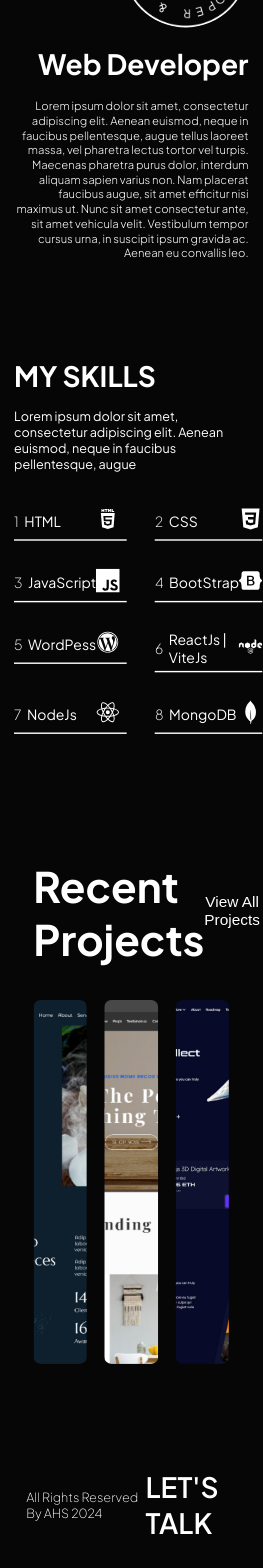
Repository: AliHassan02-Dev/PORTFOLIO
Page: / (app in Front-end/)
These files come from the project's save history. The page is drawn as it stood at one moment and after the next save; the edit follows.
The browser window is 375 px wide. The pictures show the part of the page from y = 1829 to 4069 px (the page is 4069 px tall before and 4061 px after), at 70% of full size.
The project was rebuilt for these pictures with package versions that can differ from the ones it lists, and the page was loaded fresh each time. Also part of the build but not shown: Front-end/vite.config.js, Front-end/src/Pages/Projects.jsx, Front-end/src/Pages/AllProjects.jsx, Front-end/src/Components/ProjectPreview.jsx.

Above is the page before, as saved 2024-08-24 07:45:36.

### Front-end/src/main.jsx
import React from 'react'
import ReactDOM from 'react-dom/client'
import App from './App.jsx'
import './App.css'
import { BrowserRouter, Route, Routes } from 'react-router-dom'
import AllProjects from './Pages/AllProjects.jsx'
import ProjectPreview from './Components/ProjectPreview.jsx'

ReactDOM.createRoot(document.getElementById('root')).render(
  <>
    <BrowserRouter>
      <Routes>
        <Route path='/' element={<App />} />
        <Route path='/Projects' element={<AllProjects />} />
        <Route path='/projects/projectPreview' element={<ProjectPreview />} />
      </Routes>
    </BrowserRouter>
  </>
)

### Front-end/src/App.css
@import url("https://fonts.googleapis.com/css2?family=Plus+Jakarta+Sans:ital,wght@0,200..800;1,200..800&display=swap");
* {
  margin: 0;
  padding: 0;
  box-sizing: border-box;
}

body {
  width: 100%;
  height: 100%;
  background-color: #060606;
  color: white;
  font-family: "Plus Jakarta Sans", sans-serif;
}

.mainWrapper {
  width: 100%;
  height: 100%;
  position: relative;
  overflow: hidden;
}

/* HOME CONTAINER CSS */
.homeContainer {
  width: 100vw;
  height: 1000px;
  display: flex;
  flex-direction: column;
}

/* NAVBAR CSS */
/* MENU CSS */
.menu {
  width: 100%;
  height: 1000px;
  position: fixed;
  background-color: #060606;
  transform: translateY(-100%);
  z-index: 20;
  display: flex;
  justify-content: center;
  align-items: center;
  opacity: 0;
}

.menu .links {
  width: 100%;
  display: flex;
  justify-content: center;
  align-items: center;
  flex-direction: column;
  height: 100%;
  gap: 40px;
}

.menu .links a {
  color: white;
  font-size: 40px;
  font-weight: 400;
  text-decoration: none;
  position: relative;
  padding-bottom: 10px;
}
.menu .links a::before {
  content: "";
  position: absolute;
  width: 0%;
  height: 2px;
  background-color: white;
  bottom: 0;
  left: 50%;
  transform: translateX(-50%);
  transition: all 0.3s ease-out;
}
.menu .links a:hover::before {
  width: 100%;
}

.navBar {
  margin: 30px auto;
  width: 80%;
  display: flex;
  justify-content: space-between;
  align-items: center;
  padding: 0px 20px;
  position: relative;
  /* left: 50%;
  transform: translateX(-50%); */
  z-index: 25;
}

.navBar a {
  text-decoration: none;
  font-size: 25px;
  font-weight: 600;
  color: white;
}

.navBar .menuBtn,
.navBar .menuBtn-active {
  width: 30px;
  height: 30px;
  display: flex;
  justify-content: center;
  align-items: flex-end;
  flex-direction: column;
  overflow: hidden;
  cursor: pointer;
  transition: all 0.3s ease-in-out;
  opacity: 1 !important;
}
.navBar .menuBtn span,
.navBar .menuBtn-active span {
  width: 100%;
  height: 3px;
  background-color: white;
  border-radius: 20px;
  cursor: pointer;
  transition: all 0.3s ease-in-out;
  opacity: 1 !important;
}
.navBar .menuBtn #line1 {
  transform: translateY(-8px);
}
.navBar .menuBtn #line2 {
  width: 70%;
}
.navBar .menuBtn #line3 {
  width: 40%;
  transform: translateY(8px);
}
/* ACTIVE CLASSES */
.navBar .menuBtn-active {
  width: 30px;
  height: 30px;
  transition: all 0.3s ease-in-out;
}

.navBar .menuBtn-active #line1 {
  transform: translateY(5px) rotate(45deg) !important;
}
.navBar .menuBtn-active #line2 {
  width: 70%;
  transform: translateX(150%) !important;
}
.navBar .menuBtn-active #line3 {
  width: 100%;
  transform: translateY(-1px) rotate(-45deg) !important;
}

/* HERO SECTION CSS */
.homeContainer .heroContainer {
  width: 100%;
  height: 100%;
  display: flex;
  flex-direction: column;
  justify-content: center;
  align-items: center;
  position: relative;
}

.homeContainer .heroContainer h2 {
  font-size: 180px;
  font-weight: bold;
  position: absolute;
  text-wrap: nowrap;
}
.homeContainer .heroContainer .nonStroke {
  z-index: 5;
}
.homeContainer .heroContainer .strokeText1,
.homeContainer .heroContainer .strokeText2 {
  -webkit-text-stroke: 2px #fff;
  -webkit-text-fill-color: #060606;
  opacity: 0;
}
.homeContainer .heroContainer .strokeText1 {
  transform: translateY(0%);
}
.homeContainer .heroContainer .strokeText2 {
  transform: translateY(0%);
}

/* HERO SECTION RESPONSIVE CSS */

@media (max-width: 1200px) {
  .homeContainer .heroContainer h2 {
    font-size: 110px;
  }
}

@media (max-width: 968px) {
  .homeContainer .heroContainer h2 {
    font-size: 80px;
  }
}

@media (max-width: 768px) {
  .homeContainer .heroContainer h2 {
    font-size: 70px;
  }
}

@media (max-width: 568px) {
  .homeContainer .heroContainer h2 {
    font-size: 50px;
  }
}

/* HERO SECTION END */

/* ABOUT SECTION CSS */
.mainWrapper .aboutContainer {
  width: 80%;
  height: 1000px;
  display: flex;
  justify-content: center;
  align-items: center;
  margin: auto;
  gap: 30px;
}

.mainWrapper .aboutContainer .left,
.mainWrapper .aboutContainer .right {
  flex: 1;
  display: flex;
  flex-direction: column;
  gap: 25px;
  overflow: hidden;
}

.mainWrapper .aboutContainer .left h2 {
  color: white;
  font-size: 80px;
  font-weight: bold;
}

.mainWrapper .aboutContainer .left p {
  color: white;
  font-size: 22px;
  font-weight: 300;
}

.mainWrapper .aboutContainer .left .imageBox {
  width: 100%;
  height: 350px;
  background-image: url(./assets/2.jpg);
  background-position: center;
  background-repeat: no-repeat;
  background-size: cover;
  transform-origin: top;
}

.mainWrapper .aboutContainer .right {
  align-items: flex-end;
}

.mainWrapper .aboutContainer .right .circleImg {
  width: 300px;
  height: 300px;
  border-radius: 100%;
  background-image: url(./assets/circleText.png);
  background-position: center;
  background-repeat: no-repeat;
  background-size: cover;
}

.mainWrapper .aboutContainer .right h2 {
  color: white;
  font-size: 80px;
  font-weight: bold;
}

.mainWrapper .aboutContainer .right p {
  color: white;
  font-size: 22px;
  font-weight: 300;
  text-align: right;
}

/* ABOUT SECTION RESPONSIVE */

@media (max-width: 1200px) {
  .mainWrapper .aboutContainer {
    width: 90%;
    height: auto;
    margin: 100px auto;
  }

  .mainWrapper .aboutContainer .left h2 {
    font-size: 60px;
  }

  .mainWrapper .aboutContainer .left p {
    font-size: 18px;
  }

  .mainWrapper .aboutContainer .left .imageBox {
    height: 300px;
  }

  .mainWrapper .aboutContainer .right .circleImg {
    width: 210px;
    height: 210px;
  }

  .mainWrapper .aboutContainer .right h2 {
    font-size: 60px;
  }

  .mainWrapper .aboutContainer .right p {
    font-size: 18px;
  }
}

@media (max-width: 768px) {
  .mainWrapper .aboutContainer {
    width: 100%;
    height: 100%;
    display: flex;
    flex-direction: column;
    justify-content: center;
    align-items: center;
    margin: 100px auto;
    padding: 20px 30px;
  }

  .mainWrapper .aboutContainer .left h2 {
    font-size: 60px;
  }

  .mainWrapper .aboutContainer .left p {
    font-size: 18px;
  }

  .mainWrapper .aboutContainer .left .imageBox {
    height: 300px;
  }

  .mainWrapper .aboutContainer .right .circleImg {
    width: 210px;
    height: 210px;
  }

  .mainWrapper .aboutContainer .right h2 {
    font-size: 60px;
  }

  .mainWrapper .aboutContainer .right p {
    font-size: 18px;
  }
}

@media (max-width: 568px) {
  .mainWrapper .aboutContainer {
    padding: 20px;
  }

  .mainWrapper .aboutContainer .left h2 {
    font-size: 40px;
  }

  .mainWrapper .aboutContainer .left p {
    font-size: 16px;
  }

  .mainWrapper .aboutContainer .left .imageBox {
    height: 240px;
  }

  .mainWrapper .aboutContainer .right .circleImg {
    width: 180px;
    height: 180px;
  }

  .mainWrapper .aboutContainer .right h2 {
    font-size: 40px;
  }

  .mainWrapper .aboutContainer .right p {
    font-size: 16px;
  }
}

/* ABOUT SECTION CSS END */

/* SKILLS SECTION CSS */
.mainWrapper .skillsContainer {
  width: 80%;
  height: 1000px;
  display: flex;
  justify-content: center;
  flex-direction: column;
  margin: auto;
  gap: 30px;
  overflow: hidden;
}

.mainWrapper .skillsContainer .top {
  width: 100%;
  display: flex;
  justify-content: space-between;
  align-items: center;
}

.mainWrapper .skillsContainer .top .left,
.mainWrapper .skillsContainer .top .right {
  flex: 1;
}

.mainWrapper .skillsContainer .top .left h2 {
  font-size: 80px;
  font-weight: bold;
  color: white;
}
.mainWrapper .skillsContainer .top .right p {
  font-size: 22px;
}

.mainWrapper .skillsContainer .bottom {
  width: 100%;
  display: flex;
  justify-content: space-between;
  align-items: flex-start;
  margin: 20px 0px;
}

.mainWrapper .skillsContainer .bottom {
  width: 100%;
  height: 100%;
  display: grid;
  grid-template-columns: 1fr 1fr;
  grid-template-rows: auto auto auto auto;
  gap: 0px 60px;
}
.mainWrapper .skillsContainer .bottom .skillBar {
  width: 100%;
  display: flex;
  justify-content: space-between;
  align-items: center;
  padding-bottom: 10px;
  position: relative;
  cursor: pointer;
}
.mainWrapper .skillsContainer .bottom .skillBar .left {
  display: flex;
  align-items: center;
  gap: 20px;
}

.mainWrapper .skillsContainer .bottom .skillBar .left p {
  color: white;
  font-size: 30px;
  font-weight: 200;
}
.mainWrapper .skillsContainer .bottom .skillBar .left h2 {
  color: white;
  font-size: 30px;
  font-weight: 400;
}

.mainWrapper .skillsContainer .bottom .skillBar .right .skillLogo {
  font-size: 50px;
  color: white;
  margin-right: 10px;
}

/* SKILLS SECTION CSS RESPONSIVE */

@media (max-width: 1200px) {
  .mainWrapper .skillsContainer {
    width: 90%;
    height: 100%;
    margin: 100px auto;
  }

  .mainWrapper .skillsContainer .top .left h2 {
    font-size: 60px;
    font-weight: bold;
    color: white;
  }
  .mainWrapper .skillsContainer .top .right p {
    font-size: 18px;
  }

  .mainWrapper .skillsContainer .bottom {
    gap: 40px 60px;
  }

  .mainWrapper .skillsContainer .bottom .skillBar .left {
    gap: 8px;
  }

  .mainWrapper .skillsContainer .bottom .skillBar .left p {
    font-size: 24px;
  }

  .mainWrapper .skillsContainer .bottom .skillBar .left h2 {
    font-size: 24px;
  }

  .mainWrapper .skillsContainer .bottom .skillBar .right .skillLogo {
    font-size: 40px;
  }
}

@media (max-width: 768px) {
  .mainWrapper .skillsContainer {
    width: 100%;
    height: 100%;
    display: flex;
    flex-direction: column;
    justify-content: center;
    flex-direction: column;
    margin: 100px auto;
    gap: 30px;
    padding: 20px 30px;
  }

  .mainWrapper .skillsContainer .top {
    width: 100%;
    display: flex;
    flex-direction: column;
    justify-content: flex-start;
    align-items: flex-start;
    gap: 20px;
  }

  .mainWrapper .skillsContainer .top .left h2 {
    font-size: 40px;
    font-weight: bold;
    color: white;
  }
  .mainWrapper .skillsContainer .top .right p {
    font-size: 18px;
  }

  .mainWrapper .skillsContainer .bottom {
    gap: 40px;
  }

  .mainWrapper .skillsContainer .bottom .skillBar .left p {
    font-size: 20px;
  }

  .mainWrapper .skillsContainer .bottom .skillBar .left h2 {
    font-size: 20px;
  }

  .mainWrapper .skillsContainer .bottom .skillBar .right .skillLogo {
    font-size: 34px;
  }
}

@media (max-width: 568px) {
  .mainWrapper .skillsContainer {
    width: 100%;
    height: 100%;
    margin: 100px auto;
    padding: 20px;
  }

  .mainWrapper .skillsContainer .top {
    width: 100%;
    display: flex;
    flex-direction: column;
    justify-content: flex-start;
    align-items: flex-start;
    gap: 20px;
  }

  .mainWrapper .skillsContainer .top .left h2 {
    font-size: 40px;
    font-weight: bold;
    color: white;
  }
  .mainWrapper .skillsContainer .top .right p {
    font-size: 18px;
  }

  .mainWrapper .skillsContainer .bottom {
    gap: 40px;
  }

  .mainWrapper .skillsContainer .bottom .skillBar .left p {
    font-size: 20px;
  }

  .mainWrapper .skillsContainer .bottom .skillBar .left h2 {
    font-size: 20px;
  }

  .mainWrapper .skillsContainer .bottom .skillBar .right .skillLogo {
    font-size: 34px;
  }
}

/* SKILLS SECTION CSS END */

/* PROJECTS SECTION CSS */
.mainWrapper .projectContainer {
  width: 80%;
  height: 1000px;
  display: flex;
  justify-content: center;
  flex-direction: column;
  margin: auto;
  gap: 30px;
}

.mainWrapper .projectContainer .top {
  width: 100%;
  display: flex;
  justify-content: space-between;
  align-items: center;
}

.mainWrapper .projectContainer .top .left,
.mainWrapper .projectContainer .top .right {
  flex: 1;
}

.mainWrapper .projectContainer .top .left h2 {
  font-size: 80px;
  font-weight: bold;
  color: white;
}
.mainWrapper .projectContainer .top .right p {
  font-size: 22px;
}

.mainWrapper .projectContainer .bottom {
  width: 100%;
  display: flex;
  margin-top: 50px;
}

.mainWrapper .projectContainer .bottom {
  display: flex;
  flex-direction: column;
  overflow: hidden;
  gap: 100px;
}

.mainWrapper .projectContainer .bottom .projectBar {
  display: flex;
  justify-content: space-between;
  align-items: center;
  padding-bottom: 5px;
  position: relative;
  cursor: pointer;
  cursor: pointer;
}
.line {
  width: 100%;
  height: 2px;
  background-color: white;
  position: absolute;
  bottom: 0;
  left: 0;
}
.projectLine {
  width: 100%;
  height: 2px;
  background-color: white;
  position: absolute;
  bottom: 0;
  left: 0;
}
.mainWrapper .projectContainer .bottom .projectBar .left {
  display: flex;
  align-items: center;
  gap: 20px;
}

.mainWrapper .projectContainer .bottom .projectBar .left p {
  color: white;
  font-size: 30px;
  font-weight: 200;
}
.mainWrapper .projectContainer .bottom .projectBar .left h2 {
  color: white;
  font-size: 30px;
  font-weight: 400;
}

.mainWrapper .projectContainer .bottom .projectBar .right .arrow {
  font-size: 30px;
  color: white;
  margin-right: 10px;
  transform: rotate(-40deg);
}

/* HORIZONTAL SCROLING CSS */

.aboutSection,
.skillsSection,
.projectSection {
  width: 100vw;
  height: 1000px;
}

.aboutSection {
  background-color: burlywood;
}

.skillsSection {
  background-color: peru;
}

.projectSection {
  background-color: palegoldenrod;
}

.horizontalScrolling {
  display: flex;
  flex-wrap: nowrap;
}

/* .containers {
  position: absolute;
  top: 0 !important;
  left: 50% !important;
  transform: translateX(100%) !important;
} */

/* RIBBONS SECTION CSS */
.mainWrapper .ribbonContainer {
  width: 100%;
  display: flex;
  align-items: center;
  margin: 50px 0px;
}

.mainWrapper .ribbonContainer p {
  color: white;
  font-size: 80px;
  font-weight: bold;
  text-wrap: nowrap;
}
.mainWrapper .ribbonContainer span {
  -webkit-text-stroke: 1px #fff;
  -webkit-text-fill-color: #060606;
}

/* FOOTER SECTION CSS */
.footer {
  width: 100%;
  display: flex;
  justify-content: space-between;
  align-items: center;
  width: 80%;
  margin: 40px auto;
}

.footer .left {
  display: flex;
  flex-direction: column;
  gap: 20px;
}

.footer .left .socialLinks {
  display: flex;
  align-items: center;
  gap: 20px;
}
.footer .left .socialLinks a {
  font-size: 20px;
  font-weight: 400;
  color: white;
  text-decoration: none;
}
.footer .left p {
  color: white;
  font-size: 18px;
  font-weight: 200;
}

.footer .right h2 {
  font-size: 40px;
  font-weight: 600;
  color: white;
  cursor: pointer;
}

/* ALL PROJECTS PAGE CSS */
.projectsContainer {
  width: 80%;
  height: 100%;
  margin: auto;
  padding: 40px 10px;
}

.projectsContainer .topBar {
  width: 100%;
  display: flex;
  justify-content: space-between;
  align-items: center;
}

.projectsContainer .topBar .left h2 {
  font-size: 60px;
  font-weight: bold;
  color: white;
}

.projectsContainer .topBar .right button {
  background: none;
  border: none;
  outline: none;
  position: relative;
  overflow: hidden;
}

.projectsContainer .topBar .right button a {
  color: white;
  font-size: 22px;
  font-weight: 400;
  text-decoration: none;
  position: relative;
  display: block;
  padding-bottom: 5px;
  transition: 0.3s transform linear;
}
.projectsContainer .topBar .right button a::before {
  content: "";
  position: absolute;
  width: 100%;
  height: 2px;
  background-color: white;
  bottom: 0%;
  transform: translateX(200%);
  display: block;
  transition: 0.3s transform linear;
}
.projectsContainer .topBar .right button:hover a::before {
  transform: translateX(0%);
  transition: 0.3s transform linear;
}

.projectsContainer .hdg {
  font-size: 60px;
  font-weight: bold;
  color: white;
}

.projectsContainer .projectsWrapper {
  width: 100%;
  height: 100%;
  display: grid;
  grid-template-columns: 1fr 1fr 1fr;
  gap: 25px;
  margin: 50px 0px;
}

.projectsContainer .projectsWrapper .projectBox {
  width: 100%;
  max-width: 520px;
  height: 520px;
  margin-bottom: 20px;
}

.projectsContainer .projectsWrapper .projectBox .thumbnail {
  width: 100%;
  height: 100%;
  position: relative;
  overflow: hidden;
}

.projectsContainer .projectsWrapper .projectBox .thumbnail img {
  width: 100%;
  height: 100%;
  object-fit: cover;
  border-radius: 10px;
}

.projectsContainer .projectsWrapper .projectBox .thumbnail .overlay {
  width: 100%;
  height: 100%;
  display: flex;
  justify-content: center;
  align-items: center;
  gap: 40px;
  background-color: rgba(0, 0, 0, 0.6);
  position: absolute;
  top: -100%;
  transition: all 0.3s ease-in-out;
  border-radius: 10px;
}
.projectsContainer .projectsWrapper .projectBox .thumbnail:hover .overlay {
  top: 0;
}

.projectsContainer .projectsWrapper .projectBox .thumbnail .overlay .iconBox {
  display: flex;
  justify-content: center;
  align-items: center;
  padding: 15px;
  border-radius: 100%;
  cursor: pointer;
  transition: all 0.3s ease-in-out;
}
.projectsContainer
  .projectsWrapper
  .projectBox
  .thumbnail
  .overlay
  .iconBox:hover {
  background-color: rgba(255, 255, 255, 0.25);
  backdrop-filter: blur(20px);
}

.projectsContainer .projectsWrapper .projectBox .thumbnail .overlay .linkIcon {
  font-size: 25px;
  color: white;
}

/* PROJECT DETAILS CSS */
.projectDetails {
  width: 80%;
  height: 100%;
  display: flex;
  justify-content: space-between;
  margin: 40px auto;
  gap: 40px;
}

.projectDetails .left {
  flex: 2;
}

.projectDetails .left img {
  width: 100%;
}

.projectDetails .right {
  flex: 1;
  display: flex;
  flex-direction: column;
  gap: 40px;
  margin: 20px 0px;
}

.projectDetails .right .projectContent {
  width: 100%;
  padding: 20px;
  display: flex;
  flex-direction: column;
  gap: 20px;
  border-bottom: 1px solid rgba(255, 255, 255, 0.45);
}

.projectDetails .right .projectContent h2 {
  color: white;
  font-size: 25px;
  font-weight: 600;
}

.projectDetails .right .projectContent p {
  color: white;
  font-size: 20px;
  font-weight: 400;
}

.projectDetails .right .projectTechnology {
  border-bottom: 1px solid rgba(255, 255, 255, 0.45);
  width: 100%;
  padding: 20px;
  display: flex;
  justify-content: center;
  flex-direction: column;
  gap: 20px;
}

.projectDetails .right .projectTechnology h2 {
  color: white;
  font-size: 24px;
  font-weight: 600;
}

.projectDetails .right .projectTechnology .icons {
  display: flex;
  align-items: center;
  gap: 40px;
  flex-wrap: wrap;
}

.projectDetails .right .projectTechnology .techName {
  color: white;
  font-size: 60px;
  cursor: pointer;
  padding: 8px;
  transition: 0.3s ease-in-out;
}

.techName {
  color: white;
  font-size: 40px;
  cursor: pointer;
  padding: 8px;
  transition: 0.3s ease-in-out;
}

/* SKILL LOGOS COLOR */
.projectDetails .right .projectTechnology .techName:hover.html {
  background-color: #f16529;
  padding: 8px;
  border-radius: 5px;
}
.projectDetails .right .projectTechnology .techName:hover.css {
  background-color: #264de4;
  padding: 8px;
  border-radius: 5px;
}
.projectDetails .right .projectTechnology .techName:hover.js {
  color: #f7e018 !important;
  padding: 8px;
}
.projectDetails .right .projectTechnology .techName:hover.react {
  background-color: #61dbfb;
  padding: 8px;
  border-radius: 5px;
}
.projectDetails .right .projectTechnology .techName:hover.wordpress {
  background-color: #21759b;
  padding: 8px;
  border-radius: 5px;
}
.projectDetails .right .projectTechnology .techName:hover.node,
.projectDetails .right .projectTechnology .techName:hover.mongodb {
  background-color: #539e43;
  padding: 8px;
  border-radius: 5px;
}
.projectDetails .right .projectTechnology .techName:hover.vite {
  background: linear-gradient(
    90deg,
    rgba(88, 194, 254, 1) 0%,
    rgba(175, 83, 255, 1) 100%
  );
  padding: 8px;
  border-radius: 5px;
}

.techName:hover.figma {
  background: linear-gradient(
    180deg,
    rgba(242, 78, 30, 1) 0%,
    rgba(255, 114, 98, 1) 25%,
    rgba(162, 89, 255, 1) 50%,
    rgba(26, 188, 254, 1) 75%,
    rgba(10, 207, 131, 1) 100%
  );
  padding: 8px;
  border-radius: 5px;
}
.techName:hover.website {
  background: gray;
  padding: 8px;
  border-radius: 5px;
}

.projectDetails .right .links {
  border-bottom: 1px solid rgba(255, 255, 255, 0.45);
  width: 100%;
  padding: 20px;
  display: flex;
  flex-direction: column;
  justify-content: center;
  gap: 20px;
}

.projectDetails .right .links h2 {
  color: white;
  font-size: 24px;
  font-weight: 600;
}

.projectDetails .right .links .icons {
  display: flex;
  align-items: center;
  flex-direction: row;
  gap: 20px;
}

.projectDetails .right .links .linkIcon {
  color: white;
  font-size: 50px;
  padding: 10px;
  border-radius: 100%;
  cursor: pointer;
  transition: 0.3s ease-in-out;
}
.projectDetails .right .links .linkIcon:hover {
  background-color: rgba(255, 255, 255, 0.25);
  backdrop-filter: blur(20px);
}

### Front-end/src/Pages/Home.jsx
import React from 'react'
import { useGSAP } from '@gsap/react';
import gsap from 'gsap';
import { ScrollTrigger } from 'gsap/ScrollTrigger';
import Navbar from '../Components/Navbar';
gsap.registerPlugin(ScrollTrigger);

const Home = () => {

    // useGSAP(() => {
    //     // HOME SECTION ANIMATIONS

    //     let tlHome = gsap.timeline({
    //         scrollTrigger: {
    //             trigger: '.homeContainer',
    //             scoller: 'body',
    //             markers: true,
    //             start: 'top 0%',
    //             end: 'top -100%',
    //             scrub: 1,
    //             pin: true,
    //         }
    //     })

    //     tlHome.from('.homeContainer .heroContainer .nonStroke', {
    //         opacity: 0,
    //         duration: 1,
    //     })
    //     tlHome.to('.homeContainer .heroContainer .strokeText1', {
    //         transform: 'translateY(-80%)',
    //         opacity: 1,
    //         duration: 1,
    //     })
    //     tlHome.to('.homeContainer .heroContainer .strokeText2', {
    //         transform: 'translateY(80%)',
    //         opacity: 1,
    //         duration: 1,
    //     })
    // })

    return (
        <div className='homeContainer'>
            {/* <Navbar /> */}
            <div className="heroContainer">
                <h2 className='strokeText1'>WEB DEVELOPER</h2>
                <h2 className='nonStroke'>ALI HASSAN</h2>
                <h2 className='strokeText2'>WEB DESIGNER</h2>
            </div>
        </div>
    )
}

export default Home

### Front-end/src/Components/Footer.jsx
import React from "react";

const Footer = () => {
  return (
    <div className="footer">
      <div className="left">
        <p>All Rights Reserved By AHS 2024</p>
      </div>
      <div className="right">
        <h2>LET'S TALK</h2>
      </div>
    </div>
  );
};

export default Footer;

### Front-end/src/Components/Navbar.jsx
import React, { useEffect, useState } from 'react'
import { useGSAP } from '@gsap/react';
import gsap from 'gsap';
import { ScrollTrigger } from 'gsap/ScrollTrigger';
gsap.registerPlugin(ScrollTrigger)

const Navbar = ({ setClickedOnOpen, clickedOnOpen }) => {

    const handleClick = () => {
        setClickedOnOpen(!clickedOnOpen)
    }
    // useGSAP(() => {
    //     gsap.from('.navBar a', {
    //         transform: 'translateY(-10px)',
    //         opacity: 0,
    //         duration: 0.5,
    //         delay: 0.5
    //     })
    //     gsap.from('.navBar .menuBtn, .navBar .menuBtn-active', {
    //         transform: 'translateY(-10px)',
    //         opacity: 0,
    //         duration: 0.5,
    //         delay: 0.8
    //     })
    //     gsap.from('.navBar .menuBtn span, .navBar .menuBtn-active span', {
    //         transform: 'translateX(200px)',
    //         opacity: 0,
    //         duration: 0.5,
    //         delay: 1,
    //         stagger: 0.3
    //     })
    // })
    return (
        <div className='navBar'>
            {/* <div className="left"> */}
            <a href="">PORTFOLIO</a>
            {/* </div> */}
            {/* <div className="right"> */}
            <div className={`${clickedOnOpen ? 'menuBtn-active' : 'menuBtn'}`} onClick={handleClick}>
                <span id='line1'></span>
                <span id='line2'></span>
                <span id='line3'></span>
                {/* </div> */}
            </div>
        </div>
    )
}

export default Navbar

### Front-end/src/Components/ProjectsBox.jsx
import React from "react";
import { GoLink } from "react-icons/go";
import { FaArrowUpRightFromSquare } from "react-icons/fa6";
import { projectsData } from "../data";
import { Link, useNavigate } from "react-router-dom";

const ProjectsBox = () => {
  const navigate = useNavigate();

  return (
    <div className="projectsWrapper">
      {projectsData?.map((projects) => {
        return (
          <div className="projectBox">
            <div className="thumbnail">
              <img src={projects?.thumbnail} alt="" />
              <div className="overlay">
                <div className="iconBox">
                  <Link target={"_blank"} to={projects?.websiteLink}>
                    <GoLink className="linkIcon" />
                  </Link>
                </div>
                <div
                  className="iconBox"
                  onClick={() =>
                    navigate("/projects/projectPreview", { state: projects })
                  }
                >
                  <FaArrowUpRightFromSquare className="linkIcon" />
                </div>
              </div>
            </div>
          </div>
        );
      })}
    </div>
  );
};
export default ProjectsBox;

Loaded but not shown: Front-end/index.html (common file); Front-end/src/data.js (59 lines, source omitted); Front-end/src/Pages/Skills.jsx (169 lines, source omitted); Front-end/src/Pages/About.jsx (80 lines, source omitted); Front-end/src/App.jsx (87 lines, source omitted)

After the next save:
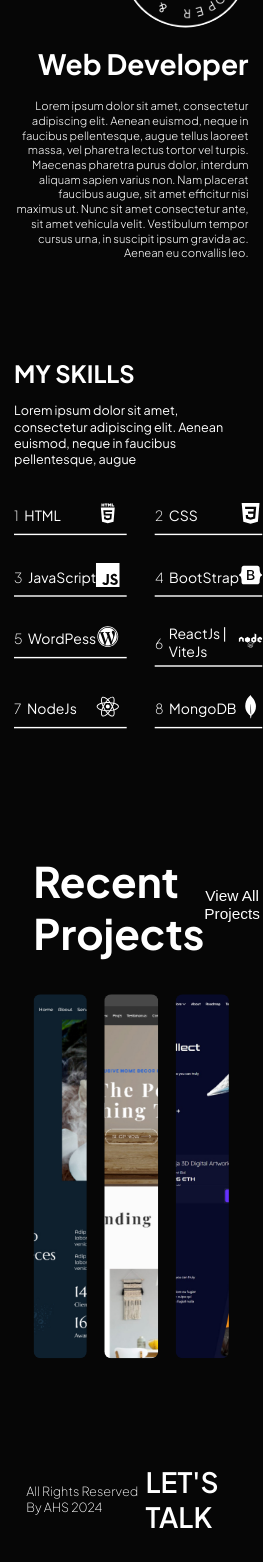
Saved 20 s later.
--- a/Front-end/src/App.css
+++ b/Front-end/src/App.css
@@ -560,17 +560,8 @@ body {
     padding: 20px;
   }
 
-  .mainWrapper .skillsContainer .top {
-    width: 100%;
-    display: flex;
-    flex-direction: column;
-    justify-content: flex-start;
-    align-items: flex-start;
-    gap: 20px;
-  }
-
   .mainWrapper .skillsContainer .top .left h2 {
-    font-size: 40px;
+    font-size: 34px;
     font-weight: bold;
     color: white;
   }
